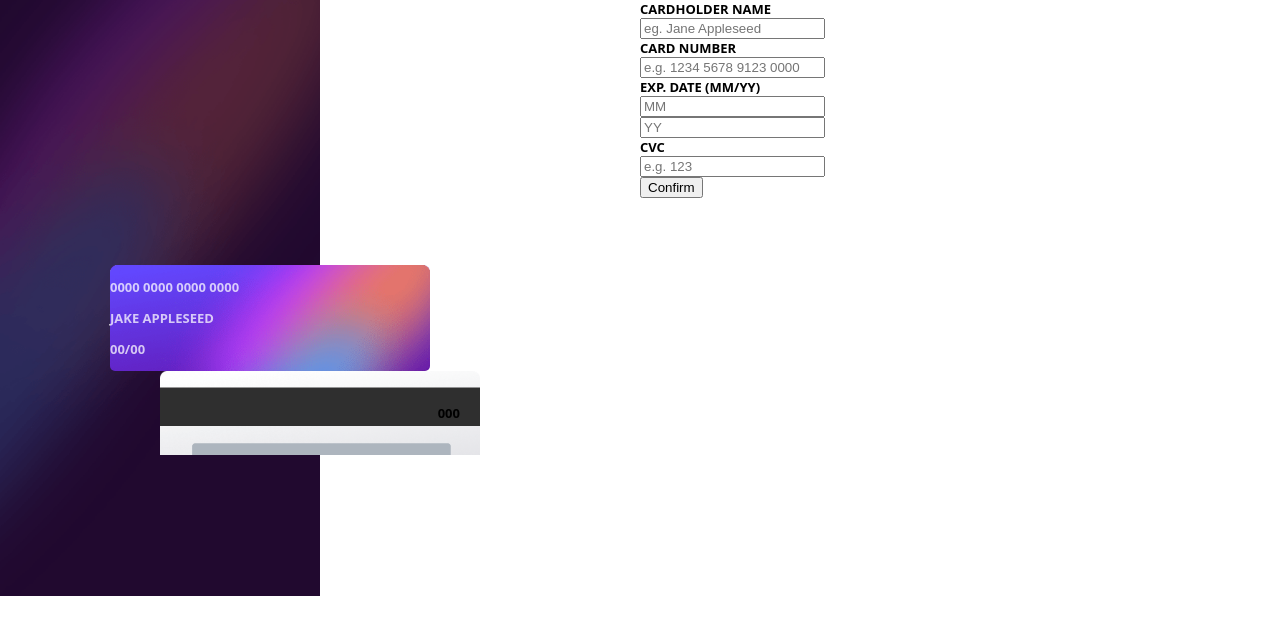
Repository: Celebration-cloud/my-project
Page: interactive-card-details-form-main/index.html
These files come from the project's save history. The page is drawn as it stood at one moment and after the next save; the edit follows.
The browser window is 1280 px wide. The pictures show the whole page.

Above is the page before, as saved 2023-08-22 18:51:33.

### interactive-card-details-form-main/index.html
<!DOCTYPE html>
<html lang="en">
<head>
  <meta charset="UTF-8">
  <meta name="viewport" content="width=device-width, initial-scale=1.0"> <!-- displays site properly based on user's device -->

  <link rel="icon" type="image/png" sizes="32x32" href="./images/favicon-32x32.png">
  <link rel="stylesheet" href="index.css">

  <title>Frontend Mentor | Interactive card details form</title>

  <!-- Feel free to remove these styles or customise in your own stylesheet 👍 -->
  <style>
    .attribution { font-size: 11px; text-align: center; }
    .attribution a { color: hsl(228, 45%, 44%); }
  </style>
</head>
<body>
  <div class="container">
    <section id="section-a" class="section-a">
      <div id="card">
        <div id="profile"></div><span id="detail"></span>
        <p id="card-number">0000 0000 0000 0000</p>
        <p id="card-name">JAKE APPLESEED</p>
        <p id="exp-date">00/00</p>
      </div>
      <div id="card-back">
        <p id="cvc-digit">000</p>
      </div>

    </section>
    <!-- Add your site or application content here -->
    <!-- Card Details Form Section-->
    <section id="section-b" class="section-b">
      <form action="">
        <label for="name" id="cardholder-numeber-label">CARDHOLDER NAME</label><br/>
        <input name="name" id="cardholder-numeber-input" aria-required="false" placeholder="eg. Jane Appleseed" required/><br/>
        <label for="card-number" id="card-number-label">CARD NUMBER</label><br/>
        <input name="card-number" id="card-number-input" type="tel" aria-required="false" placeholder="e.g. 1234 5678 9123 0000" required/><br/>
        <label for="expire-date" id="expire-date-label">EXP. DATE (MM/YY)</label><br/>
        <input name="expire-date" id="expire-date" type="tel" aria-required="false" placeholder="MM" required/><br/>
        <input name="expire-date" id="expire-date2" type="tel" aria-required="false" placeholder="YY" required/><br/>
        <label for="cvc" id="cvc-label">CVC</label><br/>
        <input name="cvc" aria-required="false" id="cvc" type="tel" placeholder="e.g. 123" required/><br/>
        <button type="submit">Confirm</button>
      </form>

    </section>
  </div>

  <!-- 0000 0000 0000 0000
  00/00

  000

  Cardholder Name
  e.g. Jane Appleseed

  Card Number
  e.g. 1234 5678 9123 0000

  Exp. Date (MM/YY)
  MM
  YY

  CVC
  e.g. 123

  Confirm -->

  <!-- Completed state start -->

  <!-- Thank you!
  We've added your card details
  Continue -->

  <!-- <div class="attribution">
    Challenge by <a href="https://www.frontendmentor.io?ref=challenge" target="_blank">Frontend Mentor</a>.
    Coded by <a href="#">Your Name Here</a>.
  </div> -->
</body>
</html>

### interactive-card-details-form-main/index.css
body{
    font-family: system-ui, -apple-system, BlinkMacSystemFont, 'Segoe UI', Roboto, Oxygen, Ubuntu, Cantarell, 'Open Sans', 'Helvetica Neue', sans-serif;
    font-weight: bolder;
    font-size: small;
    margin: 0;
    padding: 0;
}
.container{
    display: flex;
}
#section-a{
    background-image: url(images/bg-main-desktop.png);
    background-size: 50%;
    background-repeat: no-repeat;
    width: 50%;
    height: 100vh;
    display: flex;
    flex-direction: column;
    justify-content: center;
}
#card{
    color: rgba(255, 255, 255, 0.737);
    background-image: url(images/bg-card-front.png);
    width: 50%;
    background-size: cover;
    border-radius: 5px;
    align-self: center;
    margin-right: 100px;
}
#card-back{
    background-image: url(images/bg-card-back.png);
    background-size: cover;
    width: 50%;

    align-self: center;
}
#cvc-digit{
    text-align: right !important ;
    padding: 20px;
}

After the next save:
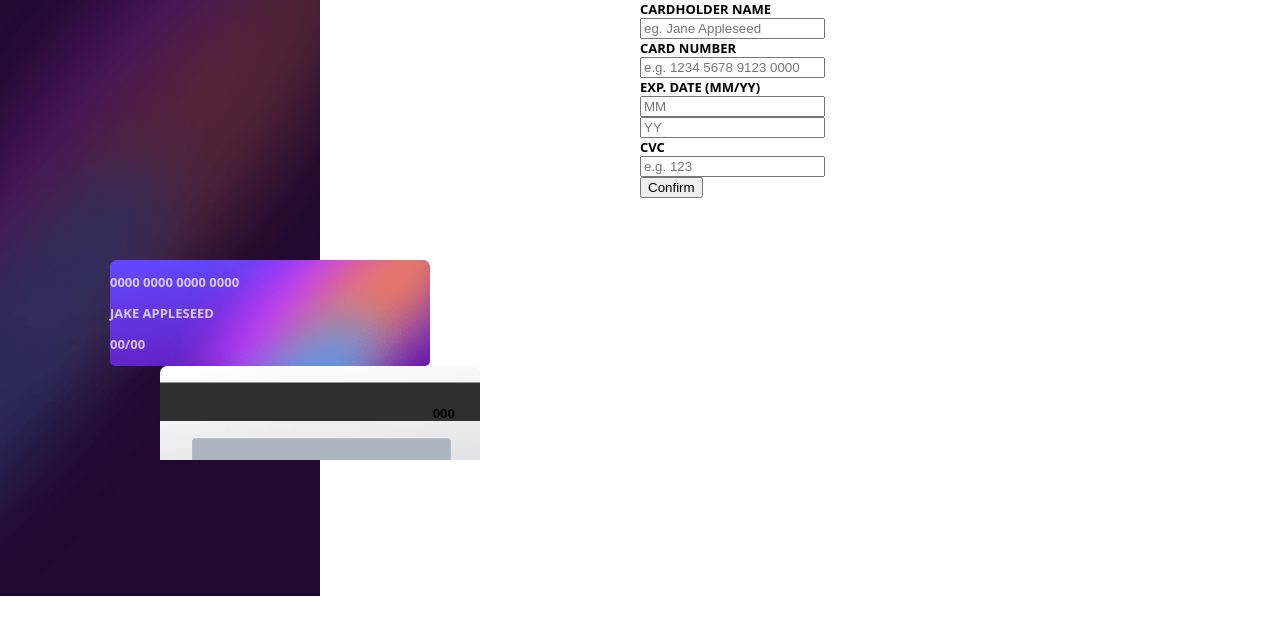
Saved 5 s later.
--- a/interactive-card-details-form-main/index.css
+++ b/interactive-card-details-form-main/index.css
@@ -36,5 +36,5 @@ body{
 }
 #cvc-digit{
     text-align: right !important ;
-    padding: 20px;
+    padding: 25px;
 }
